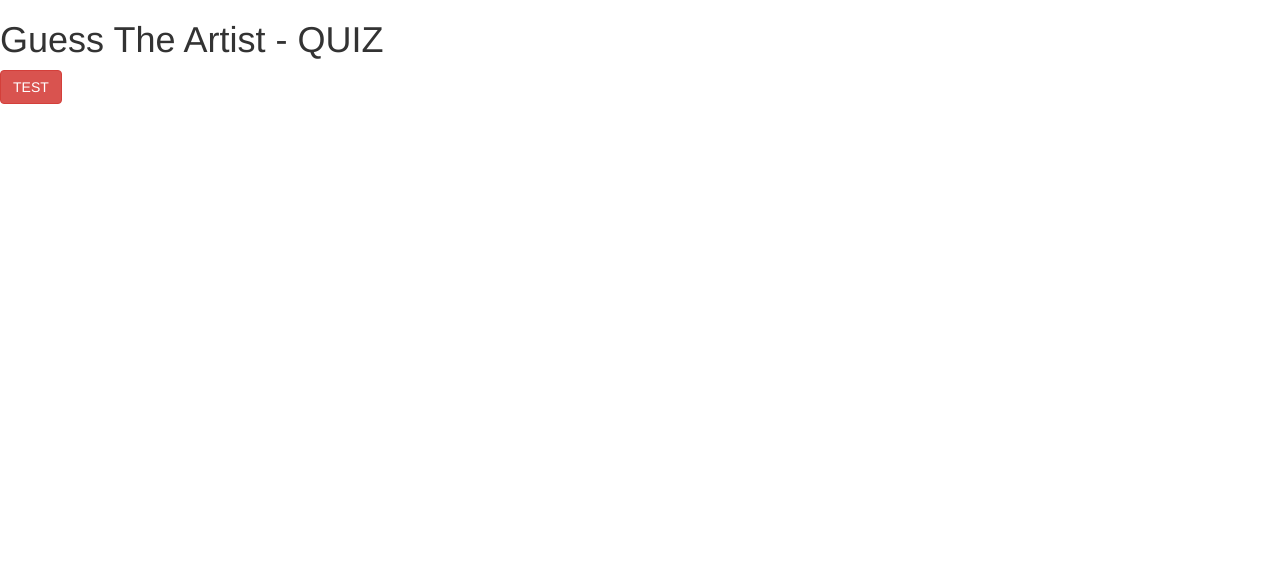
Repository: VladLevishevGIT/MyProjects
Page: Java/GuessTheArtistQuizWeb/WebContent/GuessTheArtist.html
An editor plug-in stored every save of this project. The page is shown before and after the next save, followed by the edit.
The browser window is 1280 px wide. The pictures show the whole page.

Above is the page before, as saved 2017-02-13 07:21:12.

After the next save:
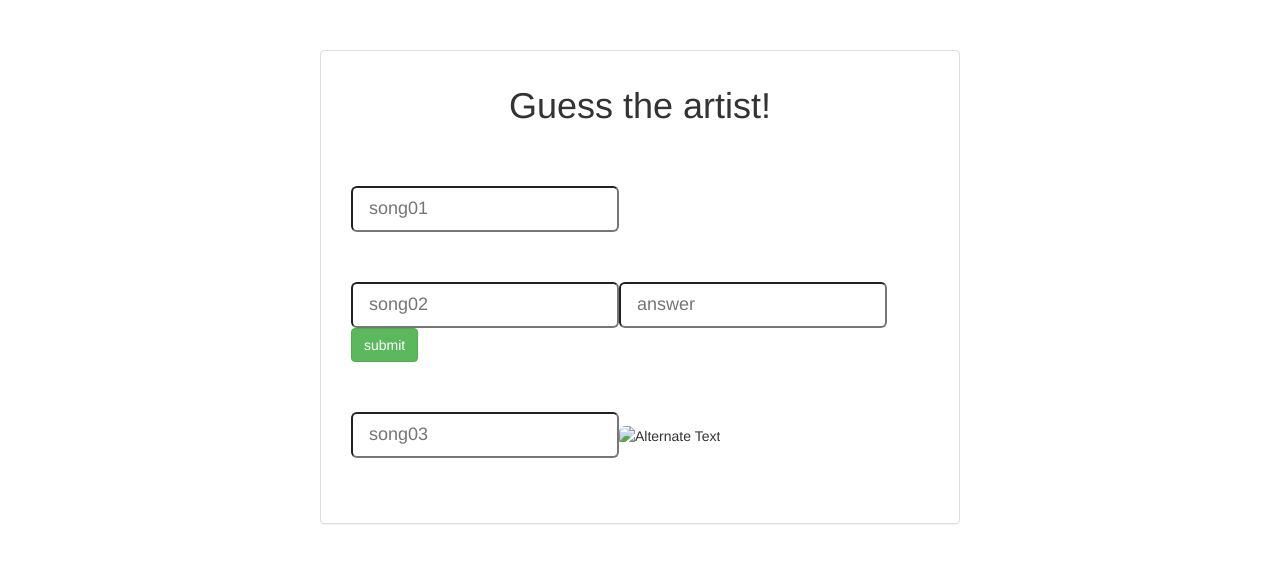
Saved 57 min 26 s later.
--- a/Java/GuessTheArtistQuizWeb/WebContent/GuessTheArtist.html
+++ b/Java/GuessTheArtistQuizWeb/WebContent/GuessTheArtist.html
@@ -1,16 +1,32 @@
 <!DOCTYPE html>
 <html lang="en">
-  <head>
+<head>
     <meta charset="utf-8">
     <meta http-equiv="X-UA-Compatible" content="IE=edge">
     <meta name="viewport" content="width=device-width, initial-scale=1">
-    <title>Guess The Artist Quiz</title>
+    <title>Test Page</title>
     <link href="bootstrap/css/bootstrap.min.css" rel="stylesheet">
     <script src="jquery/jquery-3.1.1.min.js"></script>
     <script src="bootstrap/js/bootstrap.min.js"></script>
-  </head>
-  <body>
-    <h1>Guess The Artist - QUIZ</h1>
-    <div class="btn btn-danger">TEST</div>
-  </body>
+</head>
+<body>
+    <div style="height:50px"></div>
+        <div class="panel panel-default col-lg-offset-3 col-lg-6">
+            <div class="panel-body">
+                <div class="text-center"><h1>Guess the artist!</h1></div>
+                <div class="input-group">
+                    <div style="height:50px"></div>
+                    <input type="text" name="song01" value="" class="input-lg" placeholder="song01" />
+                    <div style="height:50px"></div>
+                    <input type="text" name="song02" value="" class="input-lg" placeholder="song02" />
+                    <input type="text" name="answer" value="" class="input-lg" placeholder="answer" />
+                    <button class="btn btn-success">submit</button>
+                    <div style="height:50px"></div>
+                    <input type="text" name="song03" value="" class="input-lg" placeholder="song03" />
+                    <img src="#" alt="Alternate Text" class="img-rounded" />
+                    <div style="height:50px"></div>
+                </div>
+            </div>
+        </div>
+</body>
 </html>
